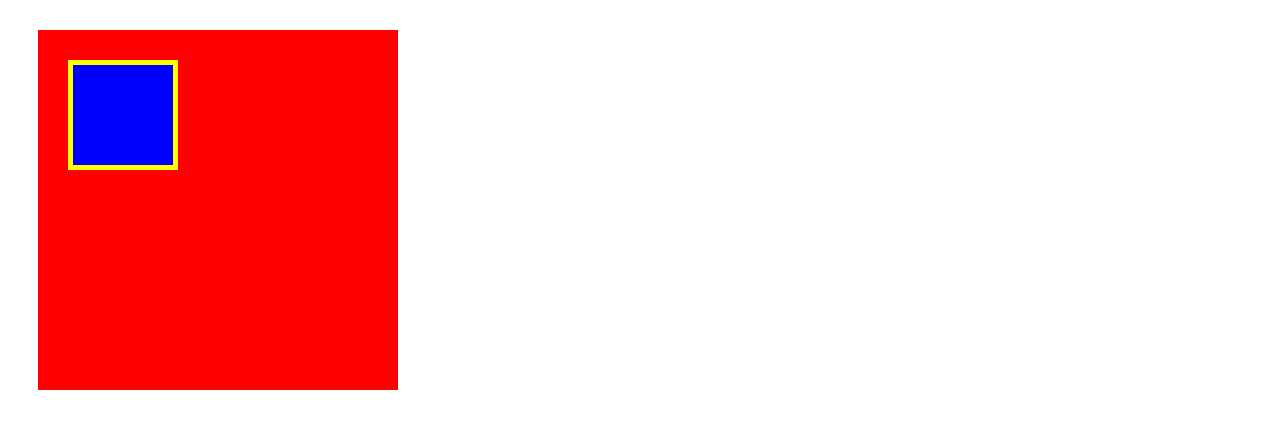
Repository: itoudaiki/git-practice
Page: box/box.html
The author's editor kept a record of every edit. The page is drawn from the files as they stood at one moment, then again after the next edit.
The browser window is 1280 px wide. The pictures show the whole page.

Above is the page before.

After the next edit:
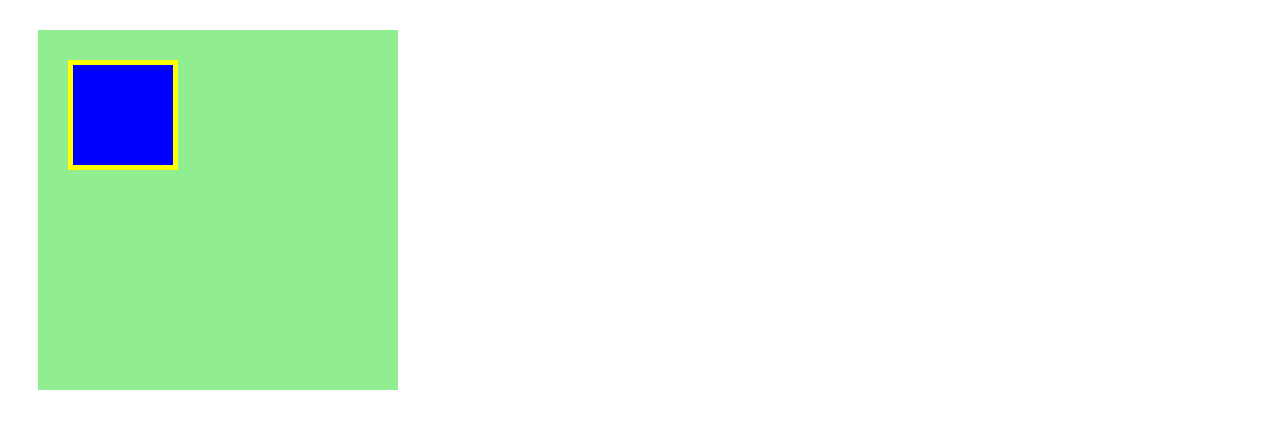
The edit:
--- a/box/box.css
+++ b/box/box.css
@@ -1,7 +1,7 @@
 .box1 {
     width: 300px;
     height: 300px;
-    background-color: red;
+    background-color: #90ee90;
     margin: 30px;
     padding: 30px;
 }
